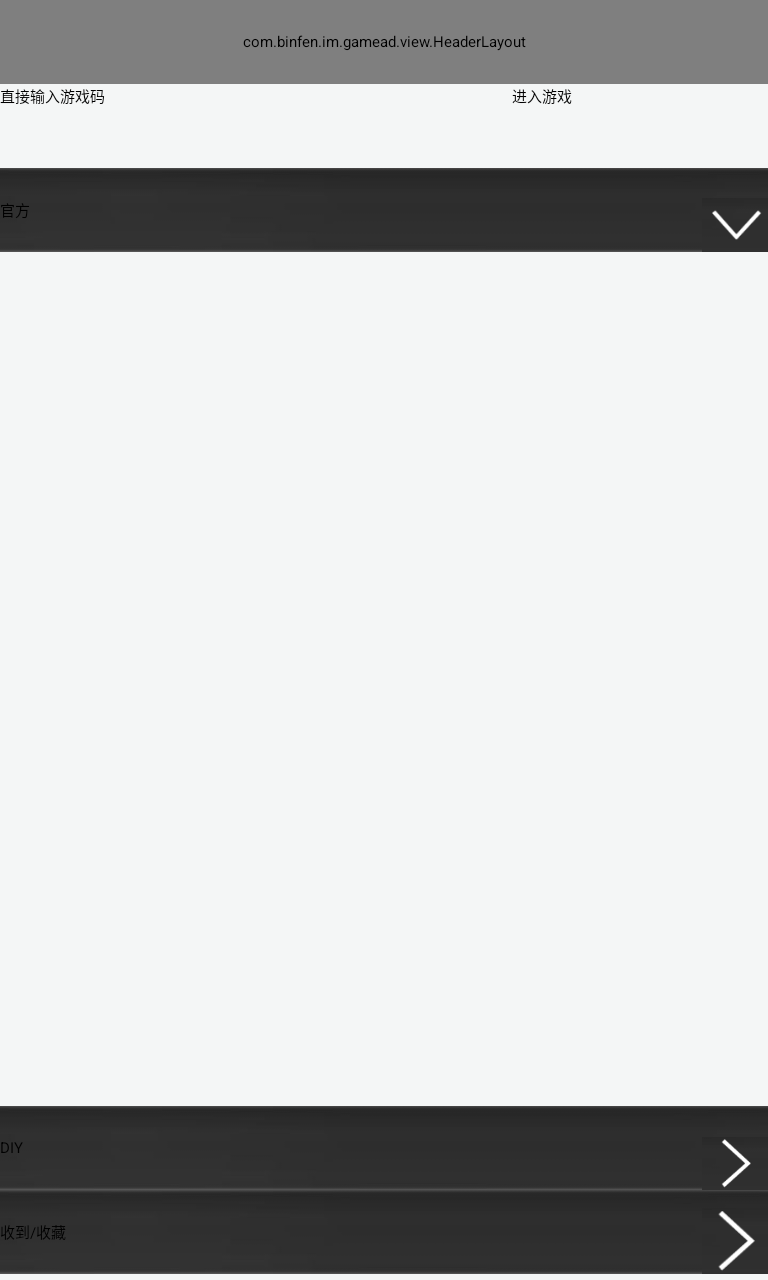
Repository: hosle/gad2
Layout: gamead_IM2/res/layout/xxh_gamelayout1.xml
The author's editor kept a copy of each file at every save. The layout is drawn from the files as they stood at one save, then again after the next save.
Pictures or frames that could not be fetched are drawn as grey boxes. It is drawn on a 768 x 1280 px phone screen (xhdpi) without system bars, with theme AppTheme; the app's code is not run. Lists and similar views that code fills are empty.

Above is the layout before, as saved 2015-06-26 07:07:36.

After the next save:
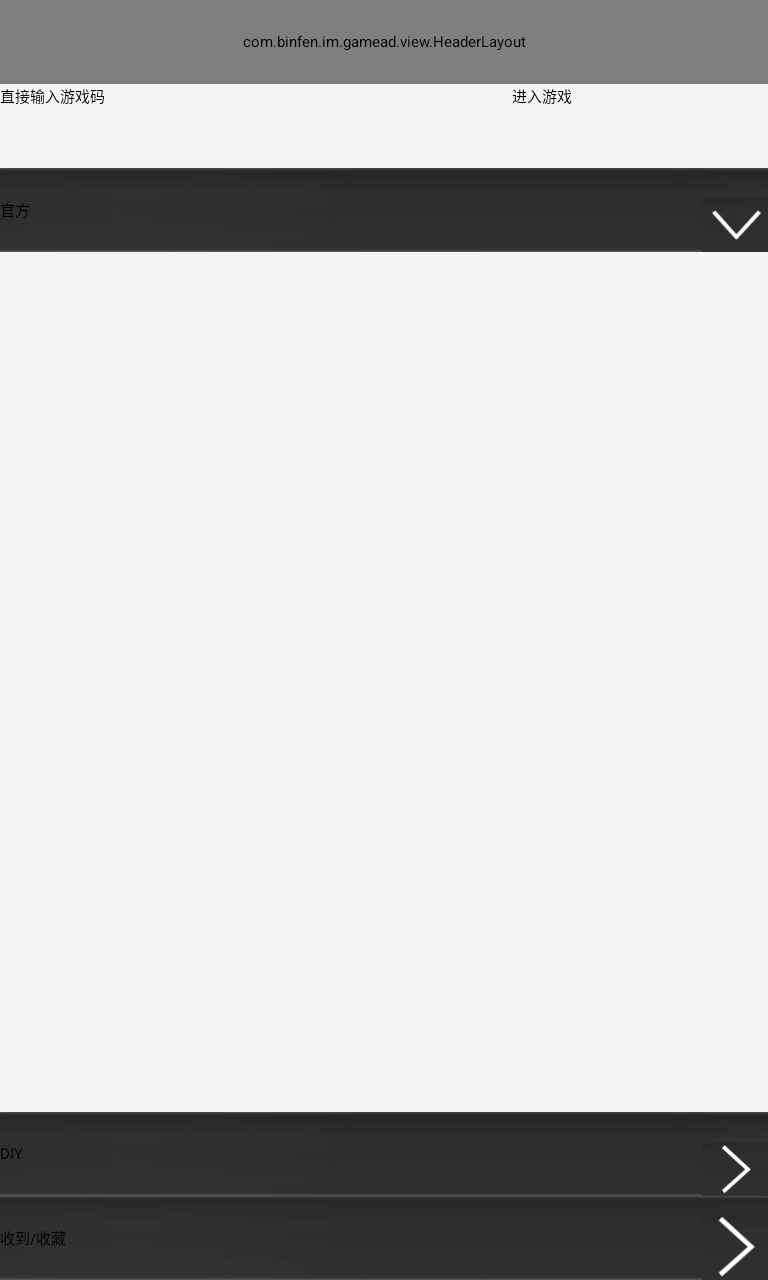
Saved 87 s later.
--- a/gamead_IM2/res/layout/xxh_gamelayout1.xml
+++ b/gamead_IM2/res/layout/xxh_gamelayout1.xml
@@ -98,7 +98,7 @@
 
     <LinearLayout
         android:layout_width="match_parent"
-        android:layout_height="87dp"
+        android:layout_height="wrap_content"
         android:layout_alignParentBottom="true"
         android:orientation="vertical" >
 
